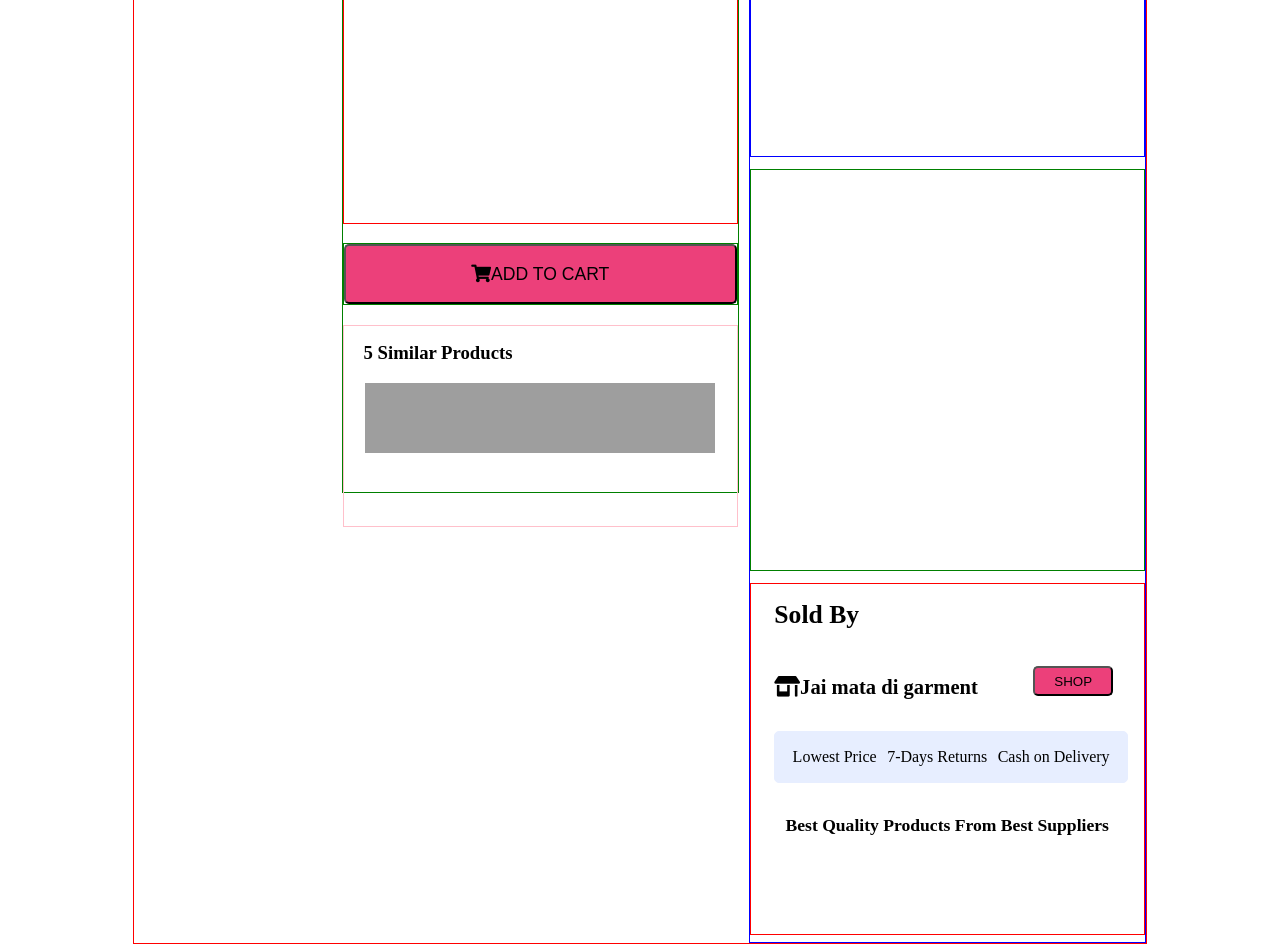
Repository: deepakxxxx/meesho
Page: catelog.html
These files come from the project's save history. The page is drawn as it stood at one moment and after the next save; the edit follows.
The browser window is 1280 px wide. The pictures show the part of the page from y = 419 to 1371 px (the page is 1371 px tall).
Pictures or frames that could not be fetched are drawn as grey boxes. A picture or video elsewhere on the page could not be fetched, so the positions and the page height are approximate.

Above is the page before, as saved 2021-11-06 17:54:57.

After the next save:
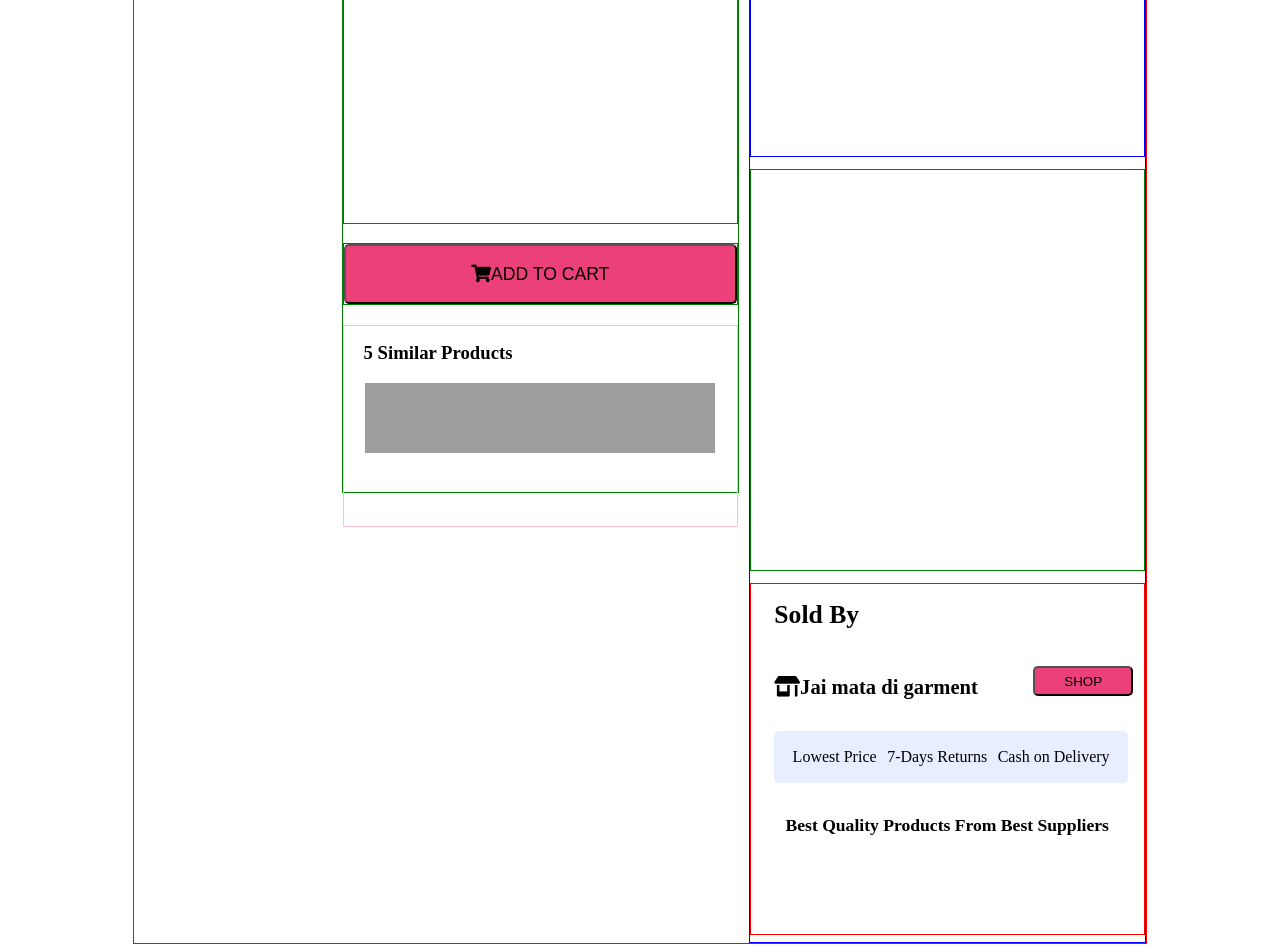
Saved 7 s later.
--- a/catelog.html
+++ b/catelog.html
@@ -224,7 +224,7 @@
         font-size: 110%;
     }
     #sho > button{
-        width: 80px;
+        width: 100px;
         height: 30px;
         margin-top: 3%;
         background-color: #EC407A;
